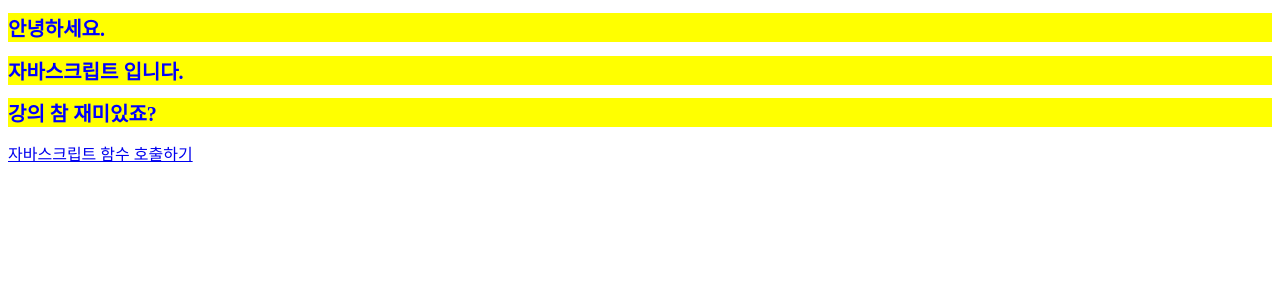
Repository: codelily98/Web
Page: JavaScript/src/main/webapp/javascript/exam19-2.html
The author's editor kept a copy of each file at every save. The page is drawn from the files as they stood at one save, then again after the next save.
The browser window is 1280 px wide. The pictures show the whole page.

Above is the page before, as saved 2024-08-20 06:37:24.

After the next save:
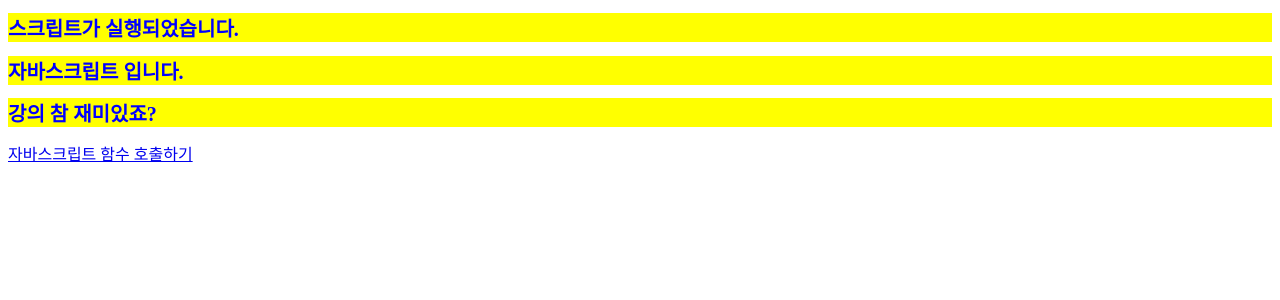
Saved 10 s later.
--- a/JavaScript/src/main/webapp/javascript/exam19-2.html
+++ b/JavaScript/src/main/webapp/javascript/exam19-2.html
@@ -19,7 +19,7 @@
 	<a href="#" onclick="doPrint()">자바스크립트 함수 호출하기</a>
 
 <script type="text/javascript">
-	var myTag = document.querySelectorAll(".myid");
+	var myTag = document.querySelector(".myid");
 	alert(myTag);
 
 	myTag.innerText = "스크립트가 실행되었습니다.";

After the save that followed:
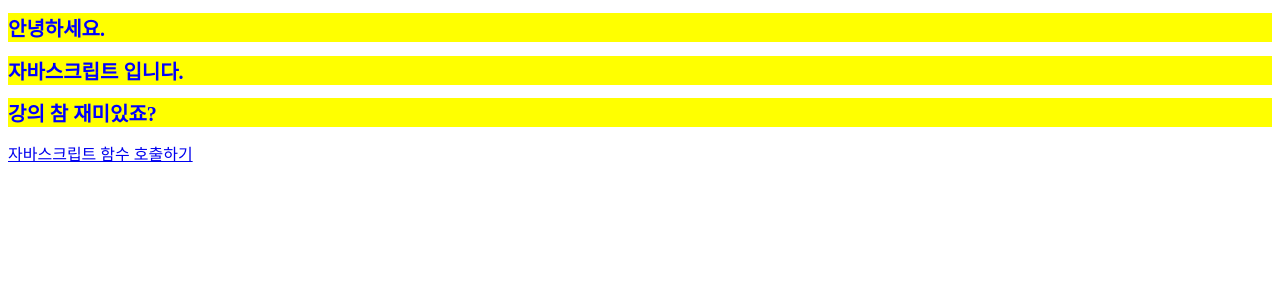
Saved 5 s later.
--- a/JavaScript/src/main/webapp/javascript/exam19-2.html
+++ b/JavaScript/src/main/webapp/javascript/exam19-2.html
@@ -19,7 +19,7 @@
 	<a href="#" onclick="doPrint()">자바스크립트 함수 호출하기</a>
 
 <script type="text/javascript">
-	var myTag = document.querySelector(".myid");
+	var myTag = document.querySelectorAll(".myid");
 	alert(myTag);
 
 	myTag.innerText = "스크립트가 실행되었습니다.";
